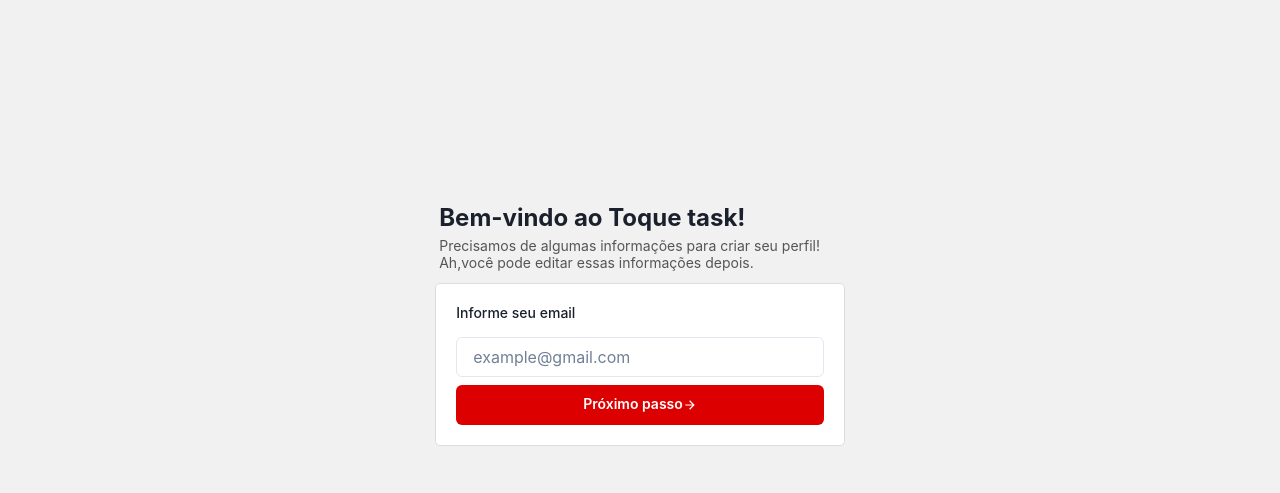
Repository: jorgelucasjs/chakra-ui-doc
Page: /
An editor plug-in stored every save of this project. The page is shown before and after the next save, followed by the edit.
The browser window is 1280 px wide. The pictures show the whole page.
The project was rebuilt for these pictures with package versions that can differ from the ones it lists, and the page was loaded fresh each time.

Above is the page before, as saved 2023-01-06 14:47:19.

After the next save:
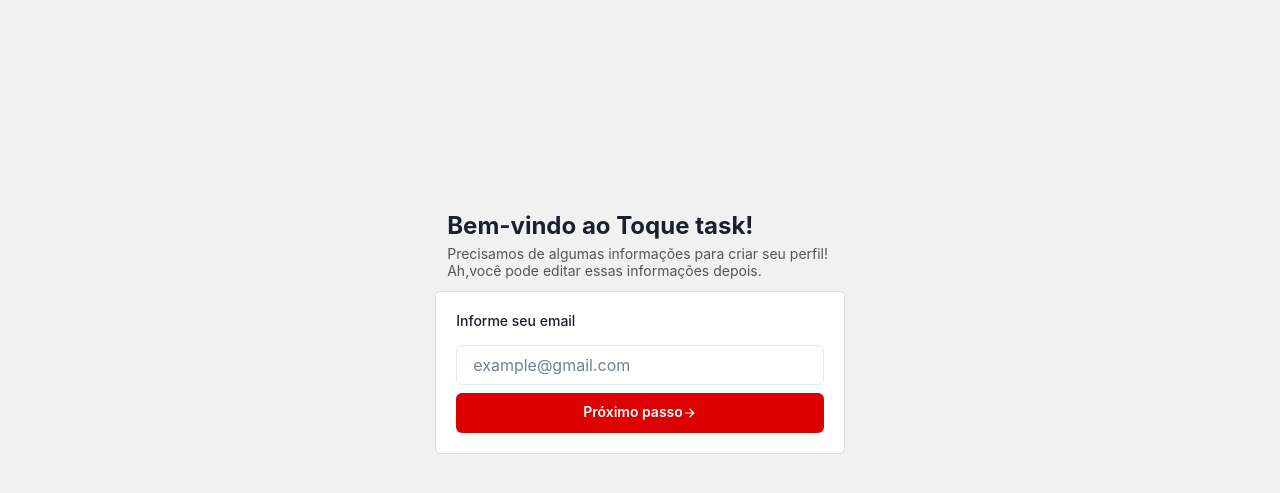
Saved 13 s later.
--- a/src/pages/index.tsx
+++ b/src/pages/index.tsx
@@ -9,7 +9,7 @@
 
 			<Box w={'32%'} mt={200}>
 
-				<Box p={1} pb={0}>
+				<Box p={3} pb={0}>
 
 					<Heading as='h1' fontSize='2xl' mb={1} fontWeight='bold'>Bem-vindo ao Toque task!</Heading>
 
